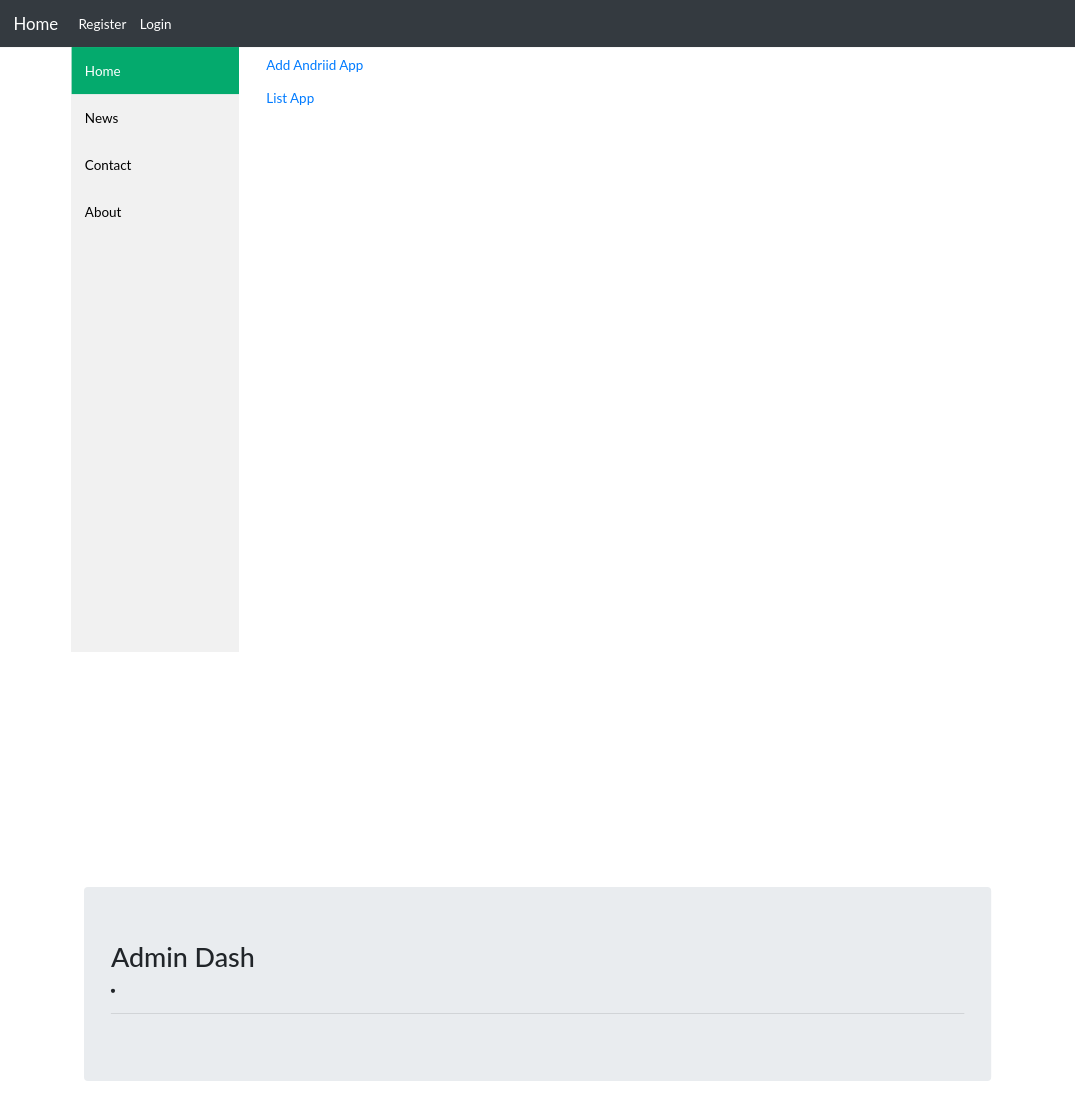
Repository: prabhat8701/nextgrowth_lab_task-main
Page: http://localhost/adminDash/
An editor plug-in stored every save of this project. The page is shown before and after the next save, followed by the edit.
The browser window is 1280 px wide. The pictures show the whole page, at 84% of full size.
The page is served by the project's application, run on Django 4.2 (manage.py).

Above is the page before, as saved 2023-07-31 18:14:06.

After the next save:
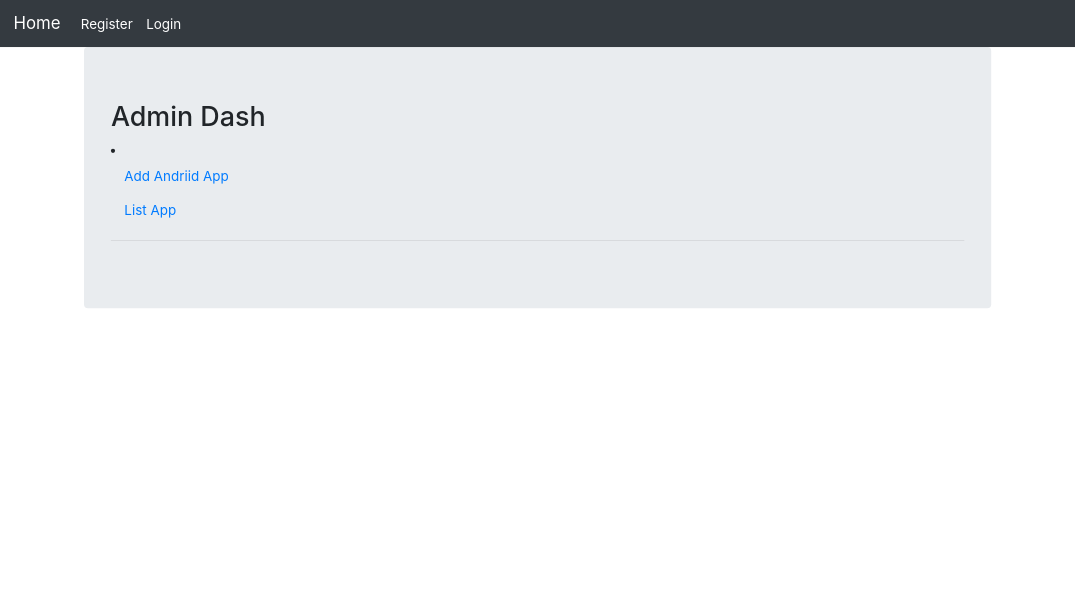
Saved 15 s later.
--- a/nextgrowAi/SET_2/next_project/templates/gradesApp/adminDash.html
+++ b/nextgrowAi/SET_2/next_project/templates/gradesApp/adminDash.html
@@ -1,84 +1,12 @@
 {% extends 'gradesApp/base1.html' %}
 {% block body_block %}
-<style>
-    body {
-      margin: 0;
-      font-family: "Lato", sans-serif;
-    }
-
-    .sidebar {
-      margin: 0;
-      padding: 0;
-      width: 200px;
-      background-color: #f1f1f1;
-      position: fixed;
-      height: 100%;
-      overflow: auto;
-    }
-
-    .sidebar a {
-      display: block;
-      color: black;
-      padding: 16px;
-      text-decoration: none;
-    }
-
-    .sidebar a.active {
-      background-color: #04AA6D;
-      color: white;
-    }
-
-    .sidebar a:hover:not(.active) {
-      background-color: #555;
-      color: white;
-    }
-
-    div.content {
-      margin-left: 200px;
-      padding: 1px 16px;
-      height: 1000px;
-    }
-
-    @media screen and (max-width: 700px) {
-      .sidebar {
-        width: 100%;
-        height: auto;
-        position: relative;
-      }
-      .sidebar a {float: left;}
-      div.content {margin-left: 0;}
-    }
-
-    @media screen and (max-width: 400px) {
-      .sidebar a {
-        text-align: center;
-        float: none;
-      }
-    }
-</style>
-
-<body>
-
-    <div class="sidebar">
-      <a class="active" href="#home">Home</a>
-      <a href="#news">News</a>
-      <a href="#contact">Contact</a>
-      <a href="#about">About</a>
-    </div>
-
-    <div class="content">
-        <a class="nav-link" href="{% url 'add_android_app' %}">Add Andriid App</a>
-        <a class="nav-link" href="{% url 'app_list' %}">List App</a>
-
-    </div>
-
-    </body>
 
 <div class="container">
     <div class="jumbotron">
         <h2>Admin Dash</h2>
         <li class="nav-item active">
-
+            <a class="nav-link" href="{% url 'add_android_app' %}">Add Andriid App</a>
+            <a class="nav-link" href="{% url 'app_list' %}">List App</a>
 
         </li>
         <hr>
